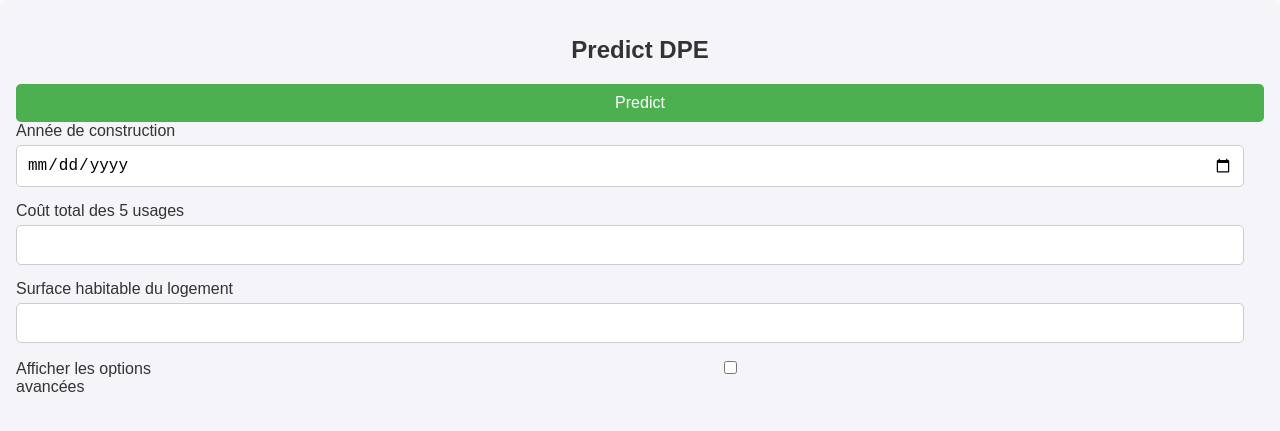
Repository: abdouAppcraft/Predict-DPE
Page: /
These files come from the project's save history. The page is drawn as it stood at one moment and after the next save; the edit follows.
The browser window is 1280 px wide. The pictures show the whole page.
The page's requests for data from a server got no answer. The project was rebuilt for these pictures with package versions that can differ from the ones it lists, and the page was loaded fresh each time. No one was signed in, and anything a server would have sent is missing. Also part of the build but not shown: src/screens/Result/Result.css, src/screens/Result/ResultDPE.tsx, src/screens/Result/ResultGES.tsx.

Above is the page before, as saved 2024-06-12 11:42:54.

After the next save:
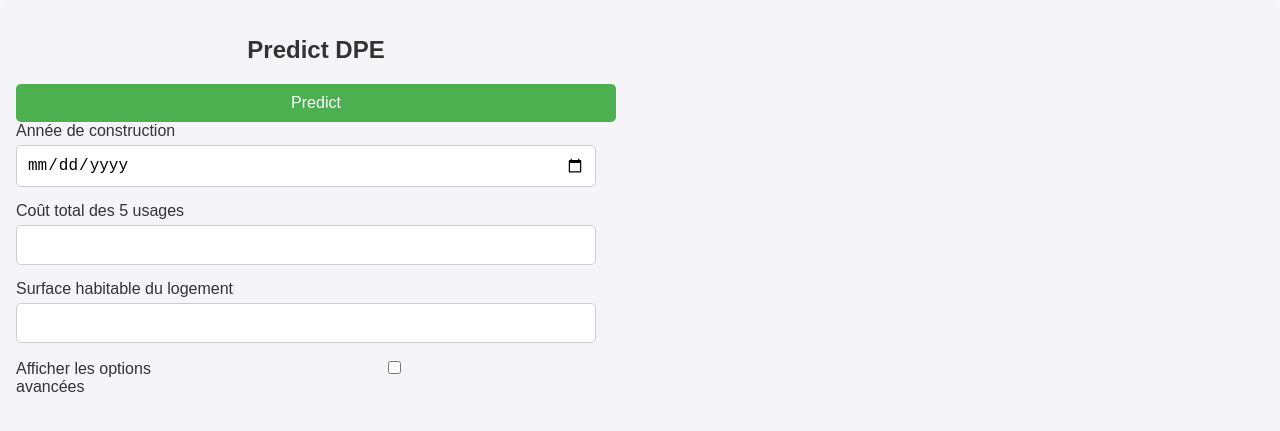
Saved 10 s later.
--- a/src/screens/PredictForm/PredictForm.css
+++ b/src/screens/PredictForm/PredictForm.css
@@ -9,6 +9,7 @@
     height: 100vh;
     text-overflow: ellipsis;
     overflow-x: hidden;
+    grid-template-columns: repeat(2, 1fr);
 
     @media (max-width:600px) {
         flex-direction: column;
